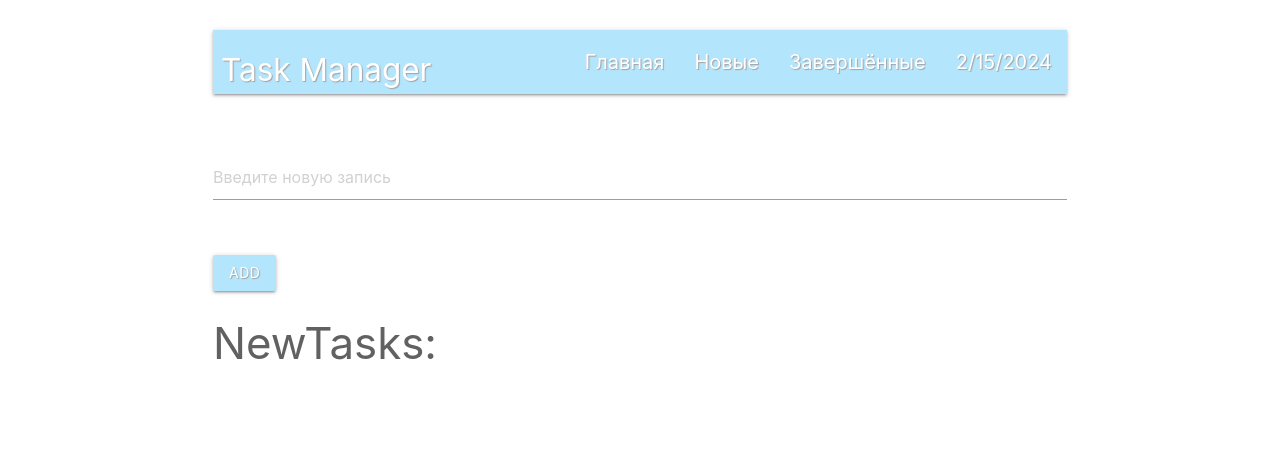
Repository: iveivs/myReactTaskManager
Page: /new
These files come from the project's save history. The page is drawn as it stood at one moment and after a run of saves; the edit follows.
The browser window is 1280 px wide. The pictures show the whole page.
The project was rebuilt for these pictures with package versions that can differ from the ones it lists, and the page was loaded fresh each time. Also part of the build but not shown: vite.config.js, src/components/DoneTasks.jsx, src/components/MainPage.jsx.

Above is the page before, as saved 2024-02-15 15:38:32.

### index.html
<!doctype html>
<html lang="en">
  <head>
    <meta charset="UTF-8" />
    <link rel="icon" type="image/svg+xml" href="/vite.svg" />
    <meta name="viewport" content="width=device-width, initial-scale=1.0" />
    <link rel="stylesheet" href="https://cdnjs.cloudflare.com/ajax/libs/materialize/1.0.0/css/materialize.min.css">
    <link href="https://fonts.googleapis.com/icon?family=Material+Icons" rel="stylesheet">
    <title>Task Manager</title>
  </head>
  <body>
    <div id="root"></div>
    <script type="module" src="/src/main.jsx"></script>
  </body>
</html>

### src/main.jsx
import React from 'react'
import ReactDOM from 'react-dom/client'
import { BrowserRouter } from 'react-router-dom';
import App from './App.jsx'
import './index.css'

ReactDOM.createRoot(document.getElementById('root')).render(
  <BrowserRouter>
    <App />
  </BrowserRouter>,
)

### src/App.jsx
import { useState, useEffect } from 'react'
import { Routes, Route } from 'react-router-dom'
import './App.css'
import DoneTasks from './components/DoneTasks'
import Header from './components/Header'
import MainPage from './components/MainPage'
import NewTasks from './components/NewTasks'
import { DataContext } from './components/DataContext'

function App() {
  const [input, setInput] = useState('')
  const [tasks, setTasks] = useState()


  // localStorage.setItem('tasks', JSON.stringify(tasks))
  const renderLocalStorageData = () => {
    const data = localStorage.getItem("tasks")
    console.log(data);
    if (data) {
        return JSON.parse(data);
    } else {
        return []
    }
}

useEffect(()=> {
  setTasks(renderLocalStorageData)
}, [])

  const handleChange = (event) => {
    setInput(event.target.value)
  }

  const handleClick = () => {
    let id = tasks.length > 0 ? tasks[tasks.length - 1].id + 1 : 1
    const newTask = {
      task: input,
      id: id,
      done: false
    }
    // console.log('newTask',newTask);

    setTasks([...tasks, newTask])

    localStorage.setItem('tasks', JSON.stringify(tasks))

    setInput('')
    console.log('tasks',tasks);
  }

  return (
    <>
    <DataContext.Provider value={{
      tasks,
      setTasks
    }}>
      <div className="container">
        <Header  />
        <div className='input-field'>
          <input
            placeholder='Введите новую запись'
            className='inputMain'
            value={input}
            onChange={(e) => handleChange(e)}
            type="text" />
        </div>

        <button className='btn light-blue lighten-4' onClick={handleClick}>ADD</button>
        <Routes>
          <Route index element={<MainPage />} />
          <Route path="/new" element={<NewTasks />} />
          <Route path="/done" element={<DoneTasks  />} />
        </Routes>

        {/* { input && <h4>{input}</h4> } */}
        {/* { tasks && (
          tasks.map(e => <p key={e}>task: {e}</p>)
        )} */}
      </div>
      </DataContext.Provider>
    </>
  )
}

export default App

### src/index.css

.nav-wrapper {
    padding-left: 8px;
    text-shadow: 1px 1px 1px #a3a3a3;
    /* display: flex ;
    flex-direction: row;
    justify-content: space-between;
    align-items: center; */
}
.nav-wrapper ul li {
    font-size: 24px !important;
}
.listItem{
    font-size: 18px !important;
}
.btn {
    text-shadow: 1px 1px 1px #a3a3a3;

}
.inputMain {
    margin-bottom: 40px !important ;
}
nav {
    margin-bottom: 60px;
}
.textTitle {
    color: #616161;
}
.input-field input[type=text]:focus {
    border-bottom: 1px solid red;
    box-shadow: 0 1px 0 0 #000;
}
/* nav {
    background-color: #b3e5fc
} */

### src/App.css
#root {
  max-width: 1280px;
  margin: 0 auto;
  padding: 2rem;

}

### src/components/Header.jsx
import { Link } from "react-router-dom";
import DateElement from "./DateElement";

export default function Header() {
    return (
        <nav className="light-blue lighten-4">
            <div className="nav-wrapper">
                <h4 className="brand-logo">
                    Task Manager
                </h4>
                {/* <* id="nav-mobile" className="right hide-on-med-and-down"> */}
                <ul className="right">
                    <li className="listItem" >
                        <Link style={{fontSize: '20px'}} to="/">Главная</Link>
                    </li>
                    <li>
                        <Link style={{fontSize: '20px'}} to="/new">Новые</Link>
                    </li>
                    <li>
                        <Link style={{fontSize: '20px'}} to="/done">Завершённые</Link>
                    </li>
                    <li >
                        <Link style={{fontSize: '20px'}}> {<DateElement  />}</Link>
                    </li>

                </ul>

            </div>
        </nav>
    );
}

// export default function Header() {
//     document.addEventListener('DOMContentLoaded', function() {
//         const elems = document.querySelectorAll('.sidenav');
//         var instances = M.Sidenav.init(elems, options);
//     });

//     return (
//         <>
//             <nav>
//                 <div className="nav-wrapper">
//                     <a href="#!" className="brand-logo">Logo</a>
//                     <a href="#" data-target="mobile-demo" className="sidenav-trigger"><i className="material-icons">menu</i></a>
//                     <ul className="right hide-on-med-and-down">
//                         <li>
//                             <Link to="/">Главная</Link>
//                         </li>
//                         <li>
//                             <Link to="/new">Новые</Link>
//                         </li>
//                         <li>
//                             <Link to="/done">Завершённые</Link>
//                         </li>
//                         <li>
//                             <DateElement  />
//                         </li>
//                     </ul>
//                 </div>
//             </nav>

//             <ul className="sidenav" id="mobile-demo">
//                 <li>Sass</li>
//                 <li><a href="badges.html">Components</a></li>
//                 <li><a href="collapsible.html">Javascript</a></li>
//                 <li><a href="mobile.html">Mobile</a></li>
//             </ul>
//         </>

//     );
// }

### src/components/NewTasks.jsx
import { DataContext } from "./DataContext"
import { useContext } from "react"

export default function NewTasks () {
    const { tasks } = useContext(DataContext)
    // console.log('tasks', tasks);
    return (
        <div>
            <h3 className="textTitle">NewTasks:</h3>
        </div>
    )
}

### src/components/DataContext.js
import { createContext } from "react"
const initialState = {
    tasks: [],
    loading: false,
    setTasks: () => {
    }
}

export const DataContext = createContext(initialState)

### src/components/DateElement.jsx
import { useEffect, useState } from "react"

export default function DateElement () {
    const [now, setNow] = useState(new Date())

    useEffect
    return (
        <>

            {/* <p>{now.toLocaleDateString()}</p> */}
            {now.toLocaleDateString()}

        </>
    )
}

After the next 2 saves:
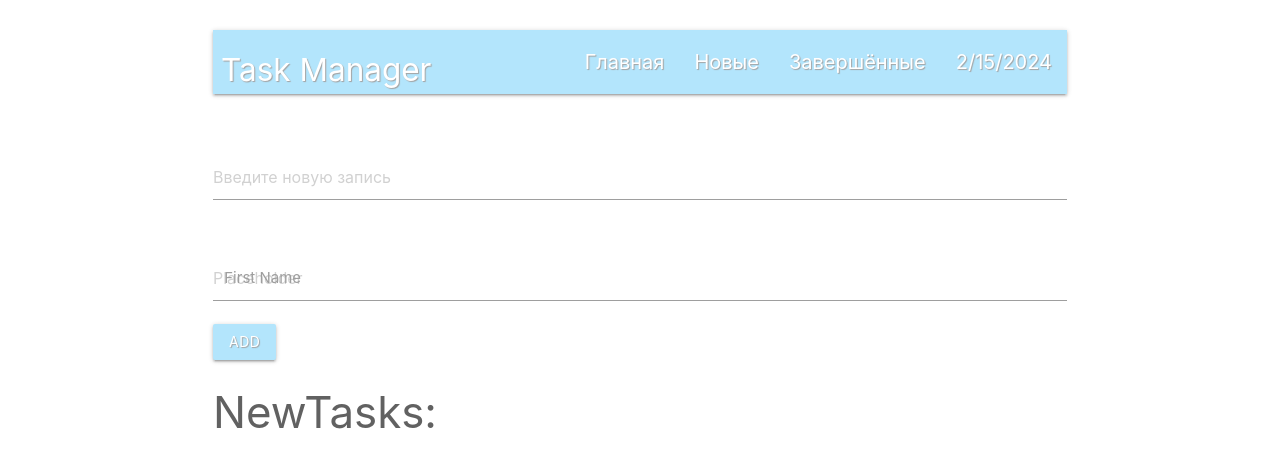
The 2 saves are shown as one change because 1 did not build or start.
The last was saved 78 s later.
--- a/src/App.jsx
+++ b/src/App.jsx
@@ -65,6 +65,11 @@ useEffect(()=> {
             type="text" />
         </div>
 
+        <div class="input-field col s6">
+          <input placeholder="Placeholder" id="first_name" type="text" class="validate" />
+          <label for="first_name">First Name</label>
+        </div>
+
         <button className='btn light-blue lighten-4' onClick={handleClick}>ADD</button>
         <Routes>
           <Route index element={<MainPage />} />
